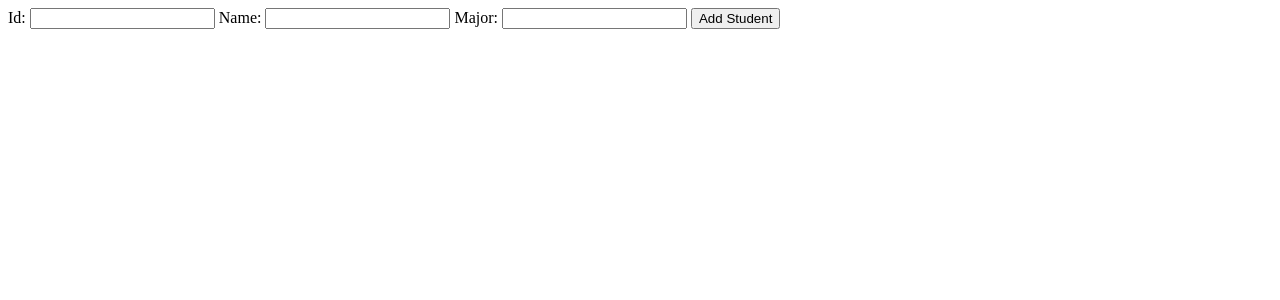
Repository: RevatureSteve/Java
Page: Week_4_JavaScript/JavaScriptClassExamples/WebContent/form.html
An editor plug-in stored every save of this project. The page is shown before and after the next save, followed by the edit.
The browser window is 1280 px wide. The pictures show the whole page.

Above is the page before, as saved 2016-09-07 18:54:00.

After the next save:
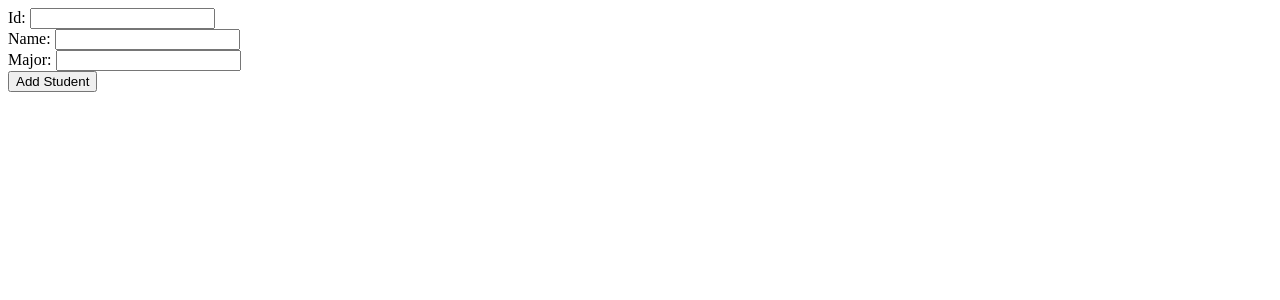
Saved 34 s later.
--- a/Week_4_JavaScript/JavaScriptClassExamples/WebContent/form.html
+++ b/Week_4_JavaScript/JavaScriptClassExamples/WebContent/form.html
@@ -6,11 +6,11 @@
 </head>
 <body>
 
-Id: <input type="text" id="t_id" />
+Id: <input type="text" id="t_id" /><br />
 
-Name: <input type="text" id="t_name" />
+Name: <input type="text" id="t_name" /> <br />
 
-Major: <input type="text" id="t_major" />
+Major: <input type="text" id="t_major" /><br />
 
 <button id="add">Add Student</button>
 
